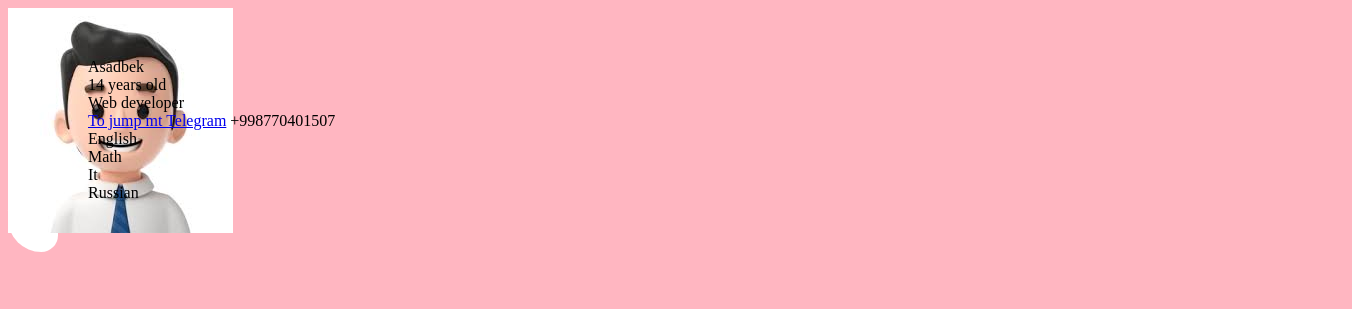
Repository: KHANas02/live-stream
Page: contact.html
An editor plug-in stored every save of this project. The page is shown before and after a run of saves, followed by the edit.
The browser window is 1280 px wide. The page is 1352 px wide, so the pictures cover 1352 px, including what lies to the right of the window. The pictures show the whole page.

Above is the page before, as saved 2024-03-25 07:18:48.

### contact.html
<!DOCTYPE html>
<html lang="en">
<head>
    <meta charset="UTF-8">
    <meta name="viewport" content="width=device-width, initial-scale=1.0">
    <title>Contact with us</title>
    <link rel="stylesheet" href="./index.html">
</head>
<style>
    body{
        background-color: lightpink;
    }
    .avatar{
        background-image:url(data:[embedded picture, 5823 characters]);
       border-top-left-radius:20px;
       border-top-right-radius:60px;
       border-bottom-left-radius:80px;
       border-bottom-right-radius:40px;
       background-repeat:no-repeat;
       width: 50px;
       height: 50px;
    }
    .text{
        position: relative;
        left: 80px;
    }
</style>
<body>
    <div class="container">
  <div class="contact-card">
    <div class="avatar"><img src="data:[embedded picture, 5823 characters]" alt=""></div>
    <div class="text"></div>
  </div>
  <div class="text">Asadbek <br>
14 years old <br>
Web developer <br>
<a href=" https://t.me/wzb_02">To jump mt Telegram</a>
+998770401507 <br>
English <br>
Math <br>
It <br>
Russian <br>

    </div>


</div>
  <div class="contact-card">
    <div class="avatar"></div>
    <div class="text"></div>
  </div>
  <div id="magnifying-glass">
    <div id="glass"></div>
    <div id="handle">
       </div>
</body>
</html>

### index.html
<!DOCTYPE html>
<html lang="en">
  <head>
    <meta charset="UTF-8" />
    <head name="viewport" content="width=device-width, initial-scale=1.0">
      <title>Englify Live_stream</title>
      <link rel="stylesheet" href="./style.css" />
    </head>
    <style>
      .div1Img {
        font-size: 70px;
        font-family: serif;
        font-weight: 100;
        color: rgb(255, 0, 157);
        position: relative;
        left: 25px;
        top: 70px;
      }
      .div2 {
        font-size: 70px;
        font-family: serif;
        font-weight: 100;
        color: rgb(255, 0, 157);
        position: relative;
        left: 25px;
        top: 70px;
      }
      .div3 {
        font-size: 70px;
        font-family: serif;
        font-weight: 100;
        color: rgb(255, 0, 157);
        position: relative;
        left: 25px;
        top: 450px;
      }
    </style>
    <html>
      <body>
        <div class="div1">
          <div class="div1Img">JOIN TO OUR LIVE STREAM</div>
        </div>
        <div class="div2">
          Todat at 21:00 <br />
          Only with coffee
        </div>
        <div class="div3">
          Our on the telegram
          <br />
          @englify_asp <br />
          And join to us
        </div>
        <div class="hamburger-menu">
          <input id="menu__toggle" type="checkbox" />
          <label class="menu__btn" for="menu__toggle">
            <span></span>
          </label>

          <ul class="menu__box">
            <li><a class="menu__item" href="index.html">Главная</a></li>
            <li>
              <a class="menu__item" href="speaking.html"
                >Speaking полезная функция</a
              >
            </li>
            <li><a class="menu__item" href="group.html">участники прямой трансляции</a></li>
            <li><a class="menu__item" href="#">Блог</a></li>
            <li><a class="menu__item" href="contact.html">Контакты</a></li>
          </ul>
        </div>
      </body>
    </html>
  </head>
</html>

After the next 2 saves:
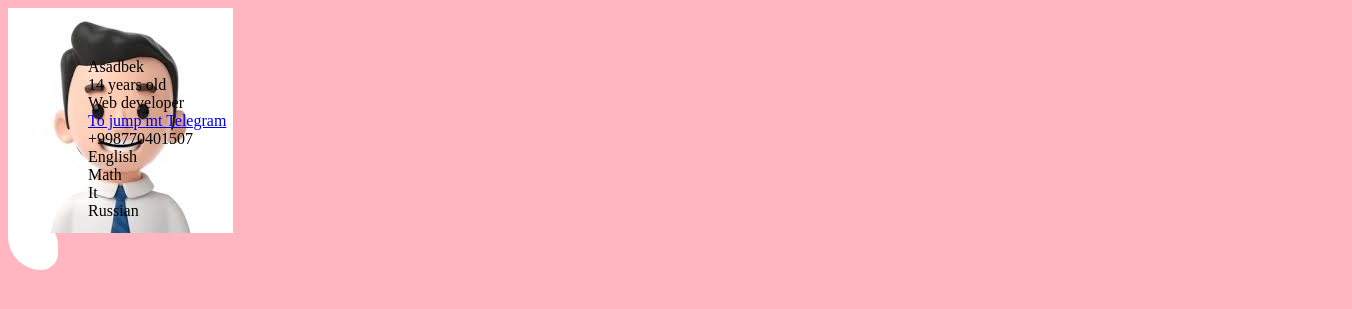
The 2 saves are shown as one change because they came seconds apart.
The last was saved 18 s later.
--- a/contact.html
+++ b/contact.html
@@ -34,7 +34,7 @@
   <div class="text">Asadbek <br>
 14 years old <br>
 Web developer <br>
-<a href=" https://t.me/wzb_02">To jump mt Telegram</a>
+<a href=" https://t.me/wzb_02">To jump mt Telegram</a> <br>
 +998770401507 <br>
 English <br>
 Math <br>
